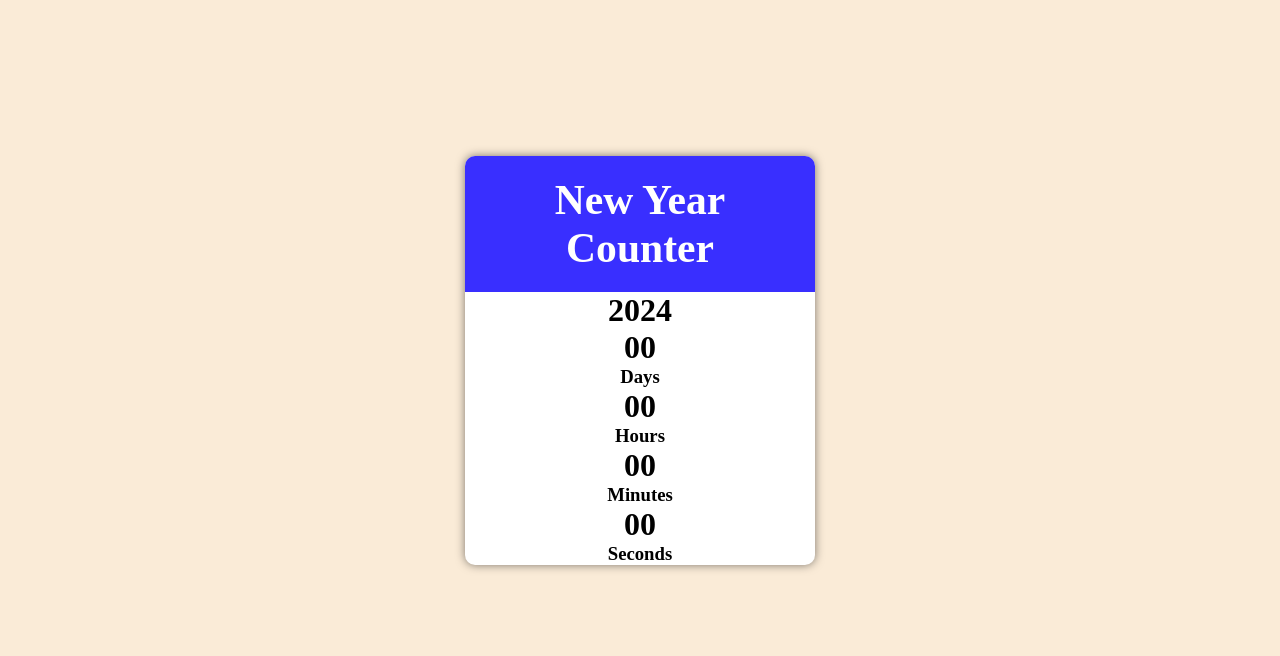
Repository: JunaidAnsari202/New-Year-counter
Page: index.html
These files come from the project's save history. The page is drawn as it stood at one moment and after a run of saves; the edit follows.
The browser window is 1280 px wide. The pictures show the whole page.

Above is the page before, as saved 2024-11-13 15:25:43.
Console error: SyntaxError: Unexpected end of input

After the next 15 saves:
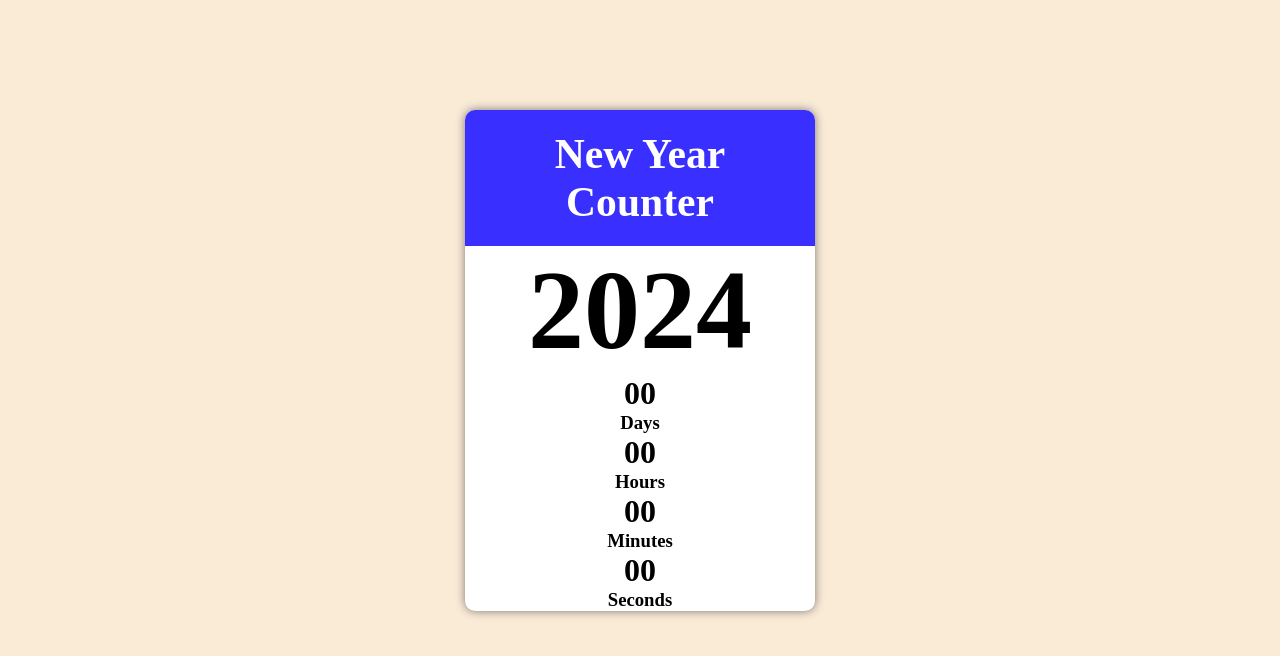
The 15 saves are shown as one change because they came seconds apart.
The last was saved 2 min 46 s later.
--- a/style.css
+++ b/style.css
@@ -28,3 +28,7 @@ body{
     color: white;
     font-size: 1.3rem;
 }
+
+.next-year{
+    font-size:3.5rem ;
+}
